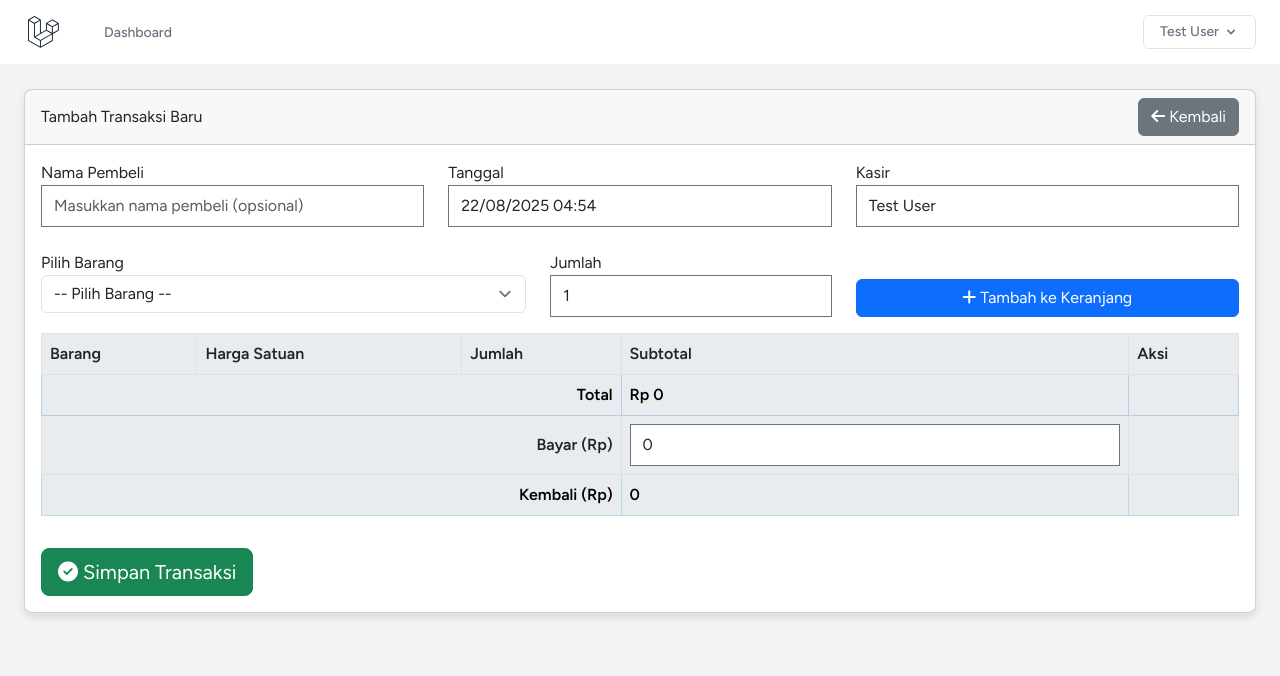
Repository: mufti-1448/kasir-app
Page: http://localhost/transaksis/create
An editor plug-in stored every save of this project. The page is shown before and after a run of saves, followed by the edit.
The browser window is 1280 px wide. The pictures show the whole page.
The page is served by the project's Laravel application, run on PHP 8.4 with Laravel 12. A made-up administrator, Test User (test@example.com), is signed in. Style sheets and scripts are compiled from the project's sources, by tool versions that may differ from the author's. Queries for data that is not in the repository find no rows.

Above is the page before, as saved 2025-09-02 23:28:53.

After the next 2 saves:
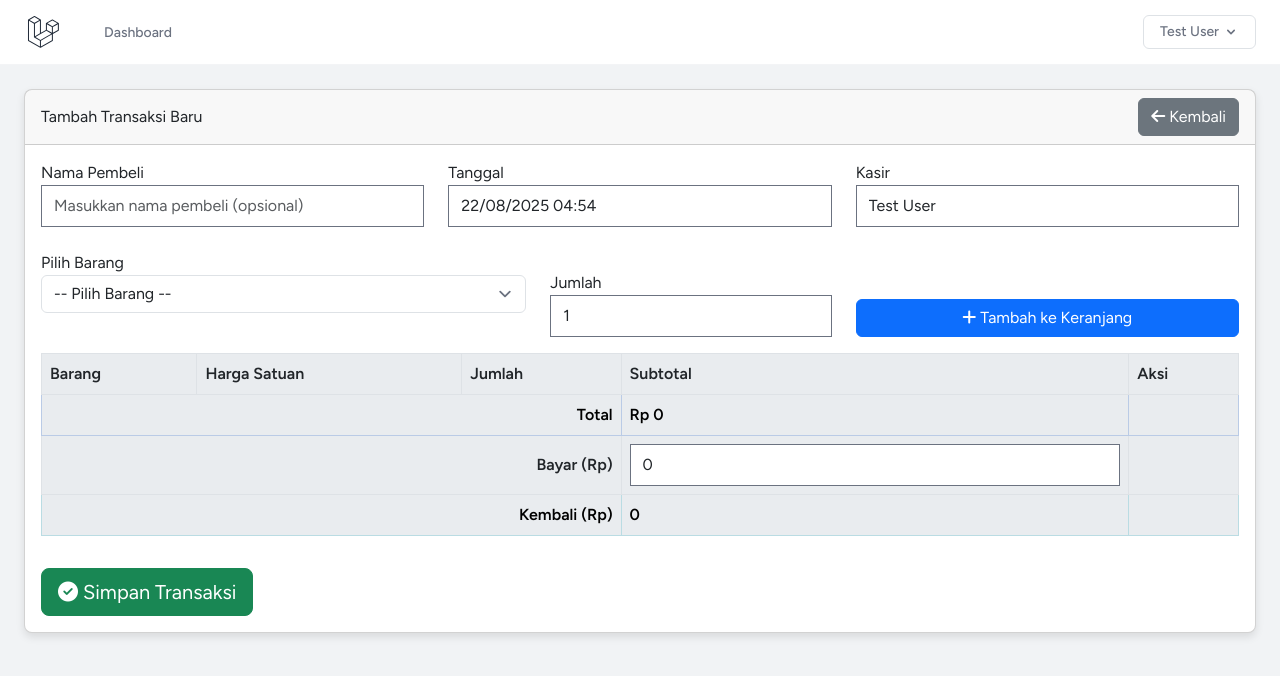
The 2 saves are shown as one change because they came seconds apart.
The last was saved 75 s later.
--- a/resources/views/transaksis/create.blade.php
+++ b/resources/views/transaksis/create.blade.php
@@ -51,24 +51,27 @@
                                         <option value="">-- Pilih Barang --</option>
                                         @foreach ($barangs as $barang)
                                             <option value="{{ $barang->id }}" data-harga="{{ $barang->harga_jual }}"
-                                                data-nama="{{ $barang->nama }}" data-stok="{{ $barang->stok }}">
+                                                data-stok="{{ $barang->stok }}" data-nama="{{ $barang->nama }}">
                                                 {{ $barang->kode }} - {{ $barang->nama }} (Stok: {{ $barang->stok }}) - Rp
                                                 {{ number_format($barang->harga_jual, 0, ',', '.') }}
                                             </option>
                                         @endforeach
                                     </select>
-                                    <small class="text-muted" id="stok-info"></small>
-                                </div>
+                                    <small id="stok-info" style="min-height: 20px;" class="text-muted"></small>
+                                </div>
+
                                 <div class="col-md-3">
                                     <label for="jumlah">Jumlah</label>
                                     <input type="number" id="jumlah" class="form-control" min="1" value="1">
                                 </div>
+
                                 <div class="col-md-4 d-flex">
                                     <button type="button" id="btn-tambah" class="btn btn-primary w-100">
                                         <i class="fas fa-plus"></i> Tambah ke Keranjang
                                     </button>
                                 </div>
                             </div>
+
 
                             <!-- Tabel Transaksi -->
                             <div class="table-responsive mb-3">
